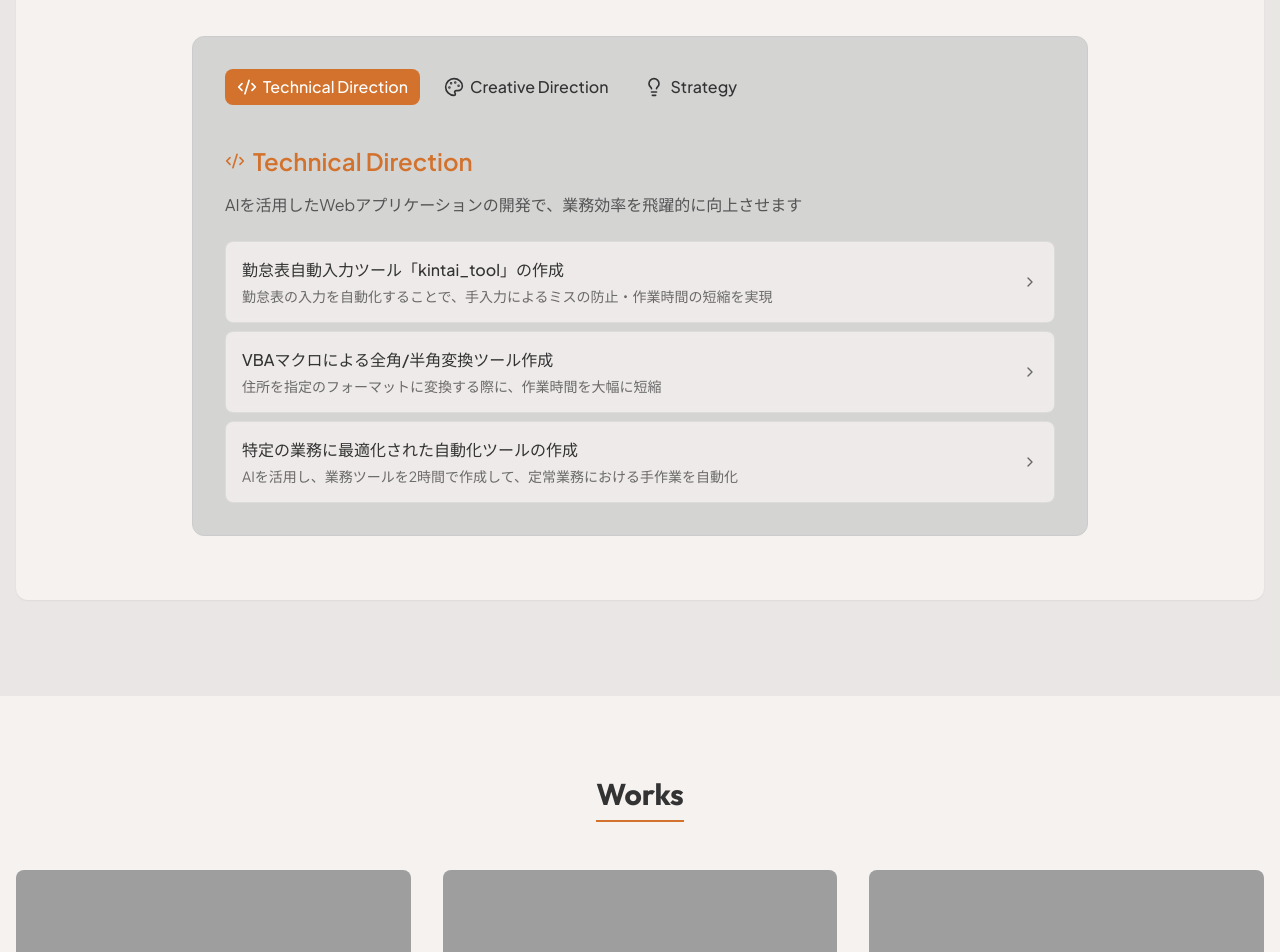
Repository: Tomo0108/portfolio_dot_tomo
Page: /
An editor plug-in stored every save of this project. The page is shown before and after the next save, followed by the edit.
The browser window is 1280 px wide. The pictures show the part of the page from y = 1354 to 2306 px (the page is 3996 px tall).
Pictures or frames that could not be fetched are drawn as grey boxes. The page's requests for data from a server got no answer. The project was rebuilt for these pictures with package versions that can differ from the ones it lists, and the page was loaded fresh each time. The framework's server and built-in components were replaced by stand-ins that run in the browser. No one was signed in, and anything a server would have sent is missing. Also part of the build but not shown: next.config.js, components/loading-spinner.tsx.

Above is the page before, as saved 2025-03-23 16:45:56.

### app/layout.tsx
import './globals.css';
import type { Metadata } from 'next';
import { Outfit, Plus_Jakarta_Sans } from 'next/font/google';
import { ThemeProvider } from '@/components/theme-provider';
import { Toaster } from '@/components/ui/sonner';
import { Navigation } from '@/components/navigation';
import { Footer } from '@/components/footer';
import { cn } from '@/lib/utils';

const outfit = Outfit({
  subsets: ['latin'],
  variable: '--font-outfit',
});

const plusJakartaSans = Plus_Jakarta_Sans({
  subsets: ['latin'],
  variable: '--font-plus-jakarta-sans',
});

export const metadata: Metadata = {
  title: 'Portfolio | Tomo',
  description: 'Welcome to my portfolio website.',
};

export default function RootLayout({
  children,
}: {
  children: React.ReactNode;
}) {
  return (
    <html lang="en" suppressHydrationWarning>
      <body className={cn(
        outfit.variable,
        plusJakartaSans.variable,
        'min-h-screen bg-background font-sans antialiased'
      )}>
        <ThemeProvider
          attribute="class"
          defaultTheme="system"
          enableSystem
          disableTransitionOnChange
        >
          <Navigation />
          {children}
          <Footer />
          <Toaster />
        </ThemeProvider>
      </body>
    </html>
  );
}

### app/page.tsx
import { Suspense } from 'react';
import { Hero } from '@/components/sections/hero';
import { About } from '@/components/sections/about';
import { Works } from '@/components/sections/works';
import { ZennArticlesLoader } from '@/components/sections/zenn-articles-loader';
import { Gallery } from '@/components/sections/gallery';
import { Contact } from '@/components/sections/contact';
import { LoadingSpinner } from '@/components/loading-spinner';

export default function Home() {
  return (
    <div className="w-full">
      <Hero />
      <About />
      <Suspense fallback={<LoadingSpinner />}>
        <Works />
      </Suspense>
      <Suspense fallback={<LoadingSpinner />}>
        <ZennArticlesLoader />
      </Suspense>
      <Suspense fallback={<LoadingSpinner />}>
        <Gallery />
      </Suspense>
      <Contact />
    </div>
  );
}

### components/ui/sonner.tsx
'use client';

import { useTheme } from 'next-themes';
import { Toaster as Sonner } from 'sonner';

type ToasterProps = React.ComponentProps<typeof Sonner>;

const Toaster = ({ ...props }: ToasterProps) => {
  const { theme = 'system' } = useTheme();

  return (
    <Sonner
      theme={theme as ToasterProps['theme']}
      className="toaster group"
      toastOptions={{
        classNames: {
          toast:
            'group toast group-[.toaster]:bg-background group-[.toaster]:text-foreground group-[.toaster]:border-border group-[.toaster]:shadow-lg',
          description: 'group-[.toast]:text-muted-foreground',
          actionButton:
            'group-[.toast]:bg-primary group-[.toast]:text-primary-foreground',
          cancelButton:
            'group-[.toast]:bg-muted group-[.toast]:text-muted-foreground',
        },
      }}
      {...props}
    />
  );
};

export { Toaster };

### components/sections/hero.tsx
"use client";

import { motion } from 'framer-motion';
import { RotatingNav } from '../rotating-nav';

export function Hero() {
  return (
    <section className="section-hero min-h-screen flex items-center justify-center relative bg-background/80 overflow-hidden">
      <div className="relative w-[90vh] h-[90vh] max-w-[90vw] max-h-[90vw] mx-auto backdrop-blur-sm">
        <div className="absolute inset-0 flex items-center justify-center">
          <motion.div
            className="text-center space-y-8 hero-text transition-opacity duration-300 [.nav-paused_&]:opacity-50 relative z-20"
            initial={{ opacity: 0, scale: 0.9 }}
            animate={{ opacity: 1, scale: 1 }}
            transition={{ duration: 0.5 }}
          >
            <h1 className="heading-hero text-5xl md:text-6xl lg:text-7xl font-bold leading-tight">
              <span className="text-primary">Portfolio.ToMo</span>
            </h1>
          </motion.div>
        </div>
        <RotatingNav />
      </div>
    </section>
  );
}

### components/sections/works.tsx
"use client";

import { motion } from 'framer-motion';
import Image from 'next/image';
import { ExternalLink } from 'lucide-react';

const works = [
  {
    title: "ECサイトのリデザイン",
    description: "大手ECプラットフォームの全面的なリデザインを主導し、コンバージョン率を40%改善",
    image: "https://images.unsplash.com/photo-1661956602116-aa6865609028?w=800&q=80",
    link: "#"
  },
  {
    title: "コーポレートサイト開発",
    description: "ユーザー体験を重視したレスポンシブ対応のコーポレートサイトの開発を指揮",
    image: "https://images.unsplash.com/photo-1460925895917-afdab827c52f?w=800&q=80",
    link: "#"
  },
  {
    title: "モバイルアプリのUI/UXデザイン",
    description: "人気モバイルアプリケーションのユーザーインターフェースとエクスペリエンスデザインを担当",
    image: "https://images.unsplash.com/photo-1512941937669-90a1b58e7e9c?w=800&q=80",
    link: "#"
  }
];

export function Works() {
  return (
    <section id="works" className="section-works py-20">
      <div className="container mx-auto px-4">
        <motion.div
          initial={{ opacity: 0, y: 20 }}
          whileInView={{ opacity: 1, y: 0 }}
          viewport={{ once: true }}
          transition={{ duration: 0.8 }}
        >
          <h2 className="text-3xl font-bold font-heading text-center mb-12">
            <span className="inline-block border-b-2 border-primary pb-2">Works</span>
          </h2>
          <div className="grid md:grid-cols-2 lg:grid-cols-3 gap-8">
            {works.map((work, index) => (
              <motion.div
                key={work.title}
                className="group relative overflow-hidden rounded-lg"
                initial={{ opacity: 0, y: 20 }}
                whileInView={{ opacity: 1, y: 0 }}
                viewport={{ once: true }}
                transition={{ duration: 0.8, delay: index * 0.2 }}
              >
                <div className="relative aspect-video">
                  <Image
                    src={work.image}
                    alt={work.title}
                    fill
                    className="object-cover transition-transform group-hover:scale-105"
                  />
                </div>
                <div className="absolute inset-0 bg-black/60 opacity-0 group-hover:opacity-100 transition-opacity p-6 flex flex-col justify-end">
                  <h3 className="text-white text-xl font-semibold mb-2">{work.title}</h3>
                  <p className="text-white/80 text-sm mb-4">{work.description}</p>
                  <a
                    href={work.link}
                    className="inline-flex items-center text-white hover:text-white/80"
                    target="_blank"
                    rel="noopener noreferrer"
                  >
                    View Project <ExternalLink className="ml-2 h-4 w-4" />
                  </a>
                </div>
              </motion.div>
            ))}
          </div>
        </motion.div>
      </div>
    </section>
  );
}

### components/sections/zenn-articles-loader.tsx
import { fetchZennArticles } from '@/lib/zenn';
import { ZennArticles } from './zenn-articles';

export async function ZennArticlesLoader() {
  try {
    const articles = await fetchZennArticles('tomo0108');
    return <ZennArticles articles={articles} />;
  } catch (error) {
    console.error('Failed to load Zenn articles:', error);
    return <ZennArticles articles={[]} />;
  }
}

### components/sections/contact.tsx
"use client";

import { motion } from 'framer-motion';
import { Mail, MessageSquare, Send } from 'lucide-react';
import { Button } from '@/components/ui/button';
import { Input } from '@/components/ui/input';
import { Textarea } from '@/components/ui/textarea';
import { toast } from 'sonner';

export function Contact() {
  const handleSubmit = (e: React.FormEvent) => {
    e.preventDefault();
    toast.success('メッセージを送信しました！');
  };

  return (
    <section id="contact" className="py-20 bg-muted/50">
      <div className="container mx-auto px-4">
        <motion.div
          initial={{ opacity: 0, y: 20 }}
          whileInView={{ opacity: 1, y: 0 }}
          viewport={{ once: true }}
          transition={{ duration: 0.8 }}
          className="max-w-2xl mx-auto"
        >
          <h2 className="text-3xl font-bold text-center mb-12">Contact</h2>
          <form onSubmit={handleSubmit} className="space-y-6">
            <div>
              <label htmlFor="email" className="block text-sm font-medium mb-2">
                メールアドレス
              </label>
              <div className="relative">
                <Mail className="absolute left-3 top-3 h-5 w-5 text-muted-foreground" />
                <Input
                  id="email"
                  type="email"
                  placeholder="your@email.com"
                  className="pl-10"
                  required
                />
              </div>
            </div>
            <div>
              <label htmlFor="message" className="block text-sm font-medium mb-2">
                メッセージ
              </label>
              <div className="relative">
                <MessageSquare className="absolute left-3 top-3 h-5 w-5 text-muted-foreground" />
                <Textarea
                  id="message"
                  placeholder="メッセージを入力してください..."
                  className="pl-10 min-h-[150px]"
                  required
                />
              </div>
            </div>
            <Button type="submit" className="w-full">
              メッセージを送信
              <Send className="ml-2 h-4 w-4" />
            </Button>
          </form>
        </motion.div>
      </div>
    </section>
  );
}

### components/mode-toggle.tsx
"use client";

import * as React from "react";
import { Moon, Sun } from "lucide-react";
import { useTheme } from "next-themes";
import { Button } from "@/components/ui/button";

export function ModeToggle() {
  const { setTheme, theme } = useTheme();

  return (
    <Button
      variant="ghost"
      size="icon"
      onClick={() => setTheme(theme === "light" ? "dark" : "light")}
    >
      <Sun className="h-[1.2rem] w-[1.2rem] rotate-0 scale-100 transition-all dark:-rotate-90 dark:scale-0" />
      <Moon className="absolute h-[1.2rem] w-[1.2rem] rotate-90 scale-0 transition-all dark:rotate-0 dark:scale-100" />
      <span className="sr-only">Toggle theme</span>
    </Button>
  );
}

### lib/zenn.ts
interface ZennArticle {
  id: number;
  title: string;
  slug: string;
  published_at: string;
  liked_count: number;
  article_type: string;
  emoji: string;
  path: string;
}

interface ZennResponse {
  articles: ZennArticle[];
}

export async function fetchZennArticles(username: string) {
  const response = await fetch(`https://zenn.dev/api/articles?username=${username}`, {
    headers: {
      'Content-Type': 'application/json',
    },
    next: { revalidate: 3600 }, // 1時間ごとに再検証
  });

  if (!response.ok) {
    throw new Error('Failed to fetch Zenn articles');
  }

  const data: ZennResponse = await response.json();
  return data.articles.map(article => ({
    id: article.id,
    title: article.title,
    url: `https://zenn.dev${article.path}`,
    date: new Date(article.published_at).toISOString(),
    likes: article.liked_count,
    emoji: article.emoji,
  }));
}

### data/gallery.ts
export interface GalleryItem {
  id: string;
  title: string;
  description: string;
  image: string;
  details: {
    fullDescription: string;
    technologies: string[];
    images: {
      line: string;
      color: string;
      complete: string;
    };
  };
}

export const galleryItems: { [key: string]: GalleryItem } = {
  "1": {
    id: "1",
    title: "Nahida",
    description: "原神のキャラクター、ナヒーダのイラスト作品",
    image: "/gallery/genshin_nahida1.JPG",
    details: {
      fullDescription: "草神ナヒーダの優しさと知性を表現したイラスト作品です。",
      technologies: ["Procreate", "Digital Painting"],
      images: {
        line: "/gallery/genshin_nahida1_line.JPG",
        color: "/gallery/genshin_nahida1_color.JPG",
        complete: "/gallery/genshin_nahida1.JPG"
      }
    }
  },
  "2": {
    id: "2",
    title: "Nahida II",
    description: "原神のキャラクター、ナヒーダの第二イラスト作品",
    image: "/gallery/genshin_nahida2.JPG",
    details: {
      fullDescription: "草神ナヒーダの別の表情を描いた作品です。",
      technologies: ["Procreate", "Digital Painting"],
      images: {
        line: "/gallery/genshin_nahida2_line.JPG",
        color: "/gallery/genshin_nahida2_color.JPG",
        complete: "/gallery/genshin_nahida2.JPG"
      }
    }
  },
  "3": {
    id: "3",
    title: "Killua",
    description: "HUNTER×HUNTERのキャラクター、キルアのイラスト作品",
    image: "/gallery/hunterxhunter_kirua.JPG",
    details: {
      fullDescription: "キルアの少年らしい表情と強さを表現した作品です。",
      technologies: ["Procreate", "Digital Painting"],
      images: {
        line: "/gallery/hunterxhunter_kirua_line.JPG",
        color: "/gallery/hunterxhunter_kirua_color.JPG",
        complete: "/gallery/hunterxhunter_kirua.JPG"
      }
    }
  },
  "4": {
    id: "4",
    title: "Pokemon New Year [Dragon]",
    description: "ポケモンたちとのお正月をテーマにしたイラスト作品",
    image: "/gallery/pokemon_newyear.JPG",
    details: {
      fullDescription: "ポケモンたちと日本の伝統的なお正月を楽しむ様子を描いた作品です。",
      technologies: ["Procreate", "Digital Painting"],
      images: {
        line: "/gallery/pokemon_newyear_line.JPG",
        color: "/gallery/pokemon_newyear_color.JPG",
        complete: "/gallery/pokemon_newyear.JPG"
      }
    }
  },
  "5": {
    id: "5",
    title: "Pokemon Christmas",
    description: "ポケモンたちとのクリスマスをテーマにしたイラスト作品",
    image: "/gallery/pokemon-christmas.JPG",
    details: {
      fullDescription: "ポケモンたちとクリスマスを楽しむ様子を描いた作品です。",
      technologies: ["Procreate", "Digital Painting"],
      images: {
        line: "/gallery/pokemon-christmas_color_line.JPG",
        color: "/gallery/pokemon-christmas_color.JPG",
        complete: "/gallery/pokemon-christmas.JPG"
      }
    }
  }
};

### components/ui/button.tsx
import * as React from 'react';
import { Slot } from '@radix-ui/react-slot';
import { cva, type VariantProps } from 'class-variance-authority';

import { cn } from '@/lib/utils';

const buttonVariants = cva(
  'inline-flex items-center justify-center whitespace-nowrap rounded-md text-sm font-medium ring-offset-background transition-colors focus-visible:outline-none focus-visible:ring-2 focus-visible:ring-ring focus-visible:ring-offset-2 disabled:pointer-events-none disabled:opacity-50',
  {
    variants: {
      variant: {
        default: 'bg-primary text-primary-foreground hover:bg-primary/90',
        destructive:
          'bg-destructive text-destructive-foreground hover:bg-destructive/90',
        outline:
          'border border-input bg-background hover:bg-accent hover:text-accent-foreground',
        secondary:
          'bg-secondary text-secondary-foreground hover:bg-secondary/80',
        ghost: 'hover:bg-accent hover:text-accent-foreground',
        link: 'text-primary underline-offset-4 hover:underline',
      },
      size: {
        default: 'h-10 px-4 py-2',
        sm: 'h-9 rounded-md px-3',
        lg: 'h-11 rounded-md px-8',
        icon: 'h-10 w-10',
      },
    },
    defaultVariants: {
      variant: 'default',
      size: 'default',
    },
  }
);

export interface ButtonProps
  extends React.ButtonHTMLAttributes<HTMLButtonElement>,
    VariantProps<typeof buttonVariants> {
  asChild?: boolean;
}

const Button = React.forwardRef<HTMLButtonElement, ButtonProps>(
  ({ className, variant, size, asChild = false, ...props }, ref) => {
    const Comp = asChild ? Slot : 'button';
    return (
      <Comp
        className={cn(buttonVariants({ variant, size, className }))}
        ref={ref}
        {...props}
      />
    );
  }
);
Button.displayName = 'Button';

export { Button, buttonVariants };

### components/ui/input.tsx
import * as React from 'react';

import { cn } from '@/lib/utils';

export interface InputProps
  extends React.InputHTMLAttributes<HTMLInputElement> {}

const Input = React.forwardRef<HTMLInputElement, InputProps>(
  ({ className, type, ...props }, ref) => {
    return (
      <input
        type={type}
        className={cn(
          'flex h-10 w-full rounded-md border border-input bg-background px-3 py-2 text-sm ring-offset-background file:border-0 file:bg-transparent file:text-sm file:font-medium file:text-foreground placeholder:text-muted-foreground focus-visible:outline-none focus-visible:ring-2 focus-visible:ring-ring focus-visible:ring-offset-2 disabled:cursor-not-allowed disabled:opacity-50',
          className
        )}
        ref={ref}
        {...props}
      />
    );
  }
);
Input.displayName = 'Input';

export { Input };

### components/ui/textarea.tsx
import * as React from 'react';

import { cn } from '@/lib/utils';

export interface TextareaProps
  extends React.TextareaHTMLAttributes<HTMLTextAreaElement> {}

const Textarea = React.forwardRef<HTMLTextAreaElement, TextareaProps>(
  ({ className, ...props }, ref) => {
    return (
      <textarea
        className={cn(
          'flex min-h-[80px] w-full rounded-md border border-input bg-background px-3 py-2 text-sm ring-offset-background placeholder:text-muted-foreground focus-visible:outline-none focus-visible:ring-2 focus-visible:ring-ring focus-visible:ring-offset-2 disabled:cursor-not-allowed disabled:opacity-50',
          className
        )}
        ref={ref}
        {...props}
      />
    );
  }
);
Textarea.displayName = 'Textarea';

export { Textarea };

### data/skills.ts
import { Code2, Palette, Lightbulb } from 'lucide-react';
import type { LucideIcon } from 'lucide-react';

export interface Example {
  id: string;
  title: string;
  description: string;
  longDescription: string;
}

export interface Skill {
  Icon: LucideIcon;
  title: string;
  description: string;
  examples: Example[];
}

export const skills: Skill[] = [
  {
    Icon: Code2,
    title: "Technical Direction",
    description: "AIを活用したWebアプリケーションの開発で、業務効率を飛躍的に向上させます",
    examples: [
      {
        id: "tech-1",
        title: "勤怠表自動入力ツール「kintai_tool」の作成",
        description: "勤怠表の入力を自動化することで、手入力によるミスの防止・作業時間の短縮を実現",
        longDescription: "Excelマクロを使用して勤怠表の自動入力を実現。日々の勤務時間を記録したCSVファイルから、会社指定のフォーマットに沿って勤怠表を自動生成します。手入力による転記ミスを防ぎ、月末の勤怠表作成時間を90%削減しました。また、プロジェクトごとの工数集計機能も実装し、業務効率の可視化にも貢献しています。"
      },
      {
        id: "tech-2",
        title: "VBAマクロによる全角/半角変換ツール作成",
        description: "住所を指定のフォーマットに変換する際に、作業時間を大幅に短縮",
        longDescription: "住所データの全角/半角変換を自動化することで、大量のデータ処理を効率化し、作業時間を大幅に削減しました。"
      },
      {
        id: "tech-3",
        title: "特定の業務に最適化された自動化ツールの作成",
        description: "AIを活用し、業務ツールを2時間で作成して、定常業務における手作業を自動化",
        longDescription: "詳細な技術仕様や成果についての詳細な説明をここに記載します。"
      }
    ]
  },
  {
    Icon: Palette,
    title: "Creative Direction",
    description: "デザインの提案と実装をリードし、ユーザー体験を向上させます",
    examples: [
      {
        id: "creative-1",
        title: "UXリデザインプロジェクト",
        description: "ユーザビリティテストに基づくUI改善で、コンバージョン率が25%向上",
        longDescription: "詳細な技術仕様や成果についての詳細な説明をここに記載します。"
      },
      {
        id: "creative-2",
        title: "デザインシステムの構築",
        description: "コンポーネントライブラリとガイドラインの整備で開発効率が30%改善",
        longDescription: "詳細な技術仕様や成果についての詳細な説明をここに記載します。"
      },
      {
        id: "creative-3",
        title: "ブランドアイデンティティ刷新",
        description: "一貫性のあるビジュアル表現の確立でブランド認知度が向上",
        longDescription: "詳細な技術仕様や成果についての詳細な説明をここに記載します。"
      }
    ]
  },
  {
    Icon: Lightbulb,
    title: "Strategy",
    description: "作業者の生産性向上のための戦略立案と実行をリードします",
    examples: [
      {
        id: "strategy-1",
        title: "DXコンサルティング",
        description: "業務プロセスのデジタル化で、生産性が40%向上",
        longDescription: "詳細な技術仕様や成果についての詳細な説明をここに記載します。"
      },
      {
        id: "strategy-2",
        title: "データ分析基盤の構築",
        description: "KPIモニタリングシステムの導入で、意思決定の迅速化を実現",
        longDescription: "詳細な技術仕様や成果についての詳細な説明をここに記載します。"
      },
      {
        id: "strategy-3",
        title: "プロジェクト管理改善",
        description: "アジャイル手法の導入で、開発サイクルを50%短縮",
        longDescription: "詳細な技術仕様や成果についての詳細な説明をここに記載します。"
      }
    ]
  }
];

Loaded but not shown: components/theme-provider.tsx (common file); lib/utils.ts (common file); components/sections/about.tsx (100 lines, source omitted); components/sections/gallery.tsx (142 lines, source omitted); components/rotating-nav.tsx (144 lines, source omitted); components/sections/zenn-articles.tsx (114 lines, source omitted); components/navigation.tsx (125 lines, source omitted); app/globals.css (183 lines, source omitted); components/skills-container.tsx (83 lines, source omitted); components/footer.tsx (52 lines, source omitted); tailwind.config.ts (97 lines, source omitted)

After the next save:
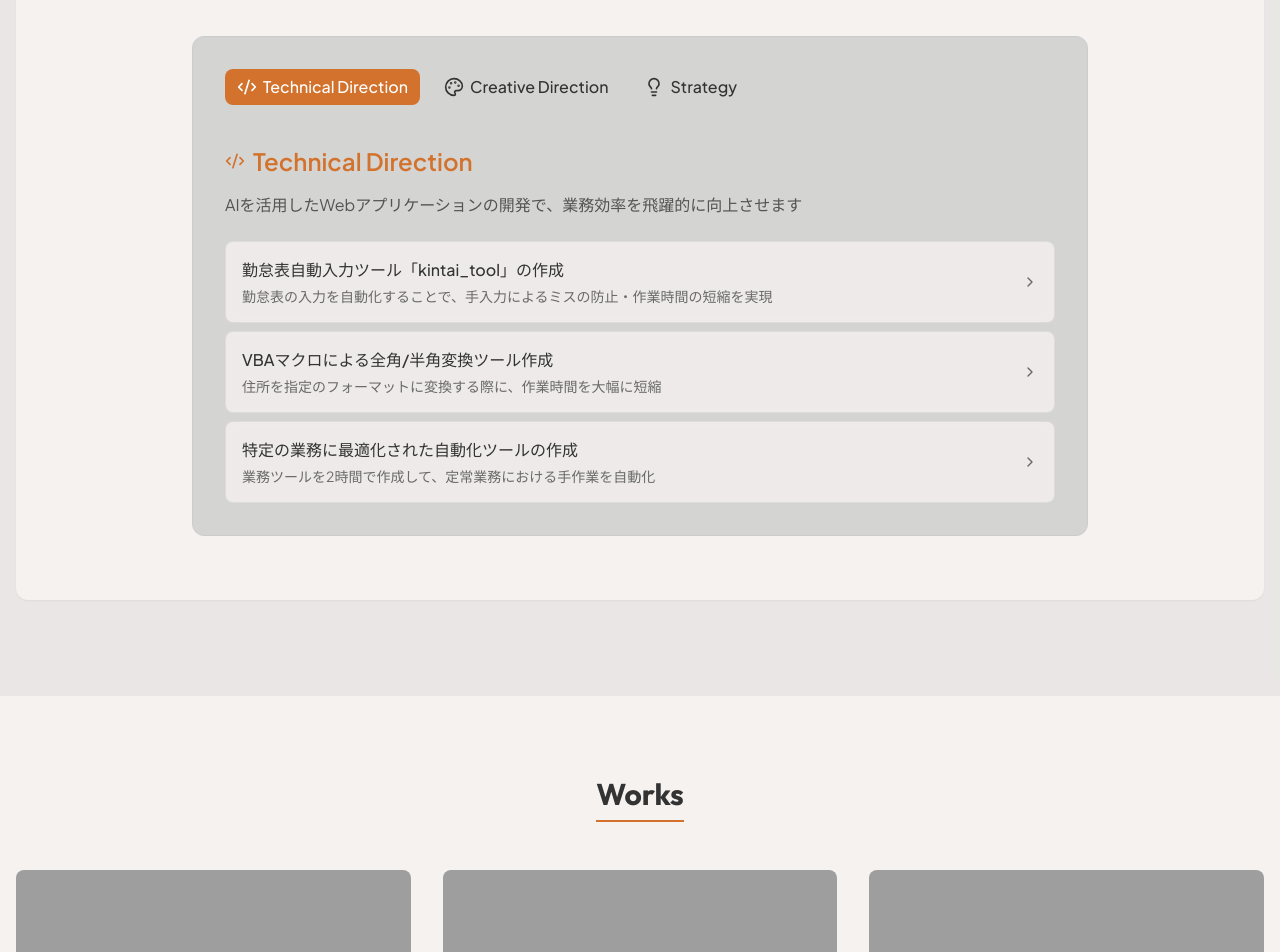
Saved 28 s later.
--- a/data/skills.ts
+++ b/data/skills.ts
@@ -36,7 +36,7 @@ export const skills: Skill[] = [
       {
         id: "tech-3",
         title: "特定の業務に最適化された自動化ツールの作成",
-        description: "AIを活用し、業務ツールを2時間で作成して、定常業務における手作業を自動化",
+        description: "業務ツールを2時間で作成して、定常業務における手作業を自動化",
         longDescription: "詳細な技術仕様や成果についての詳細な説明をここに記載します。"
       }
     ]
